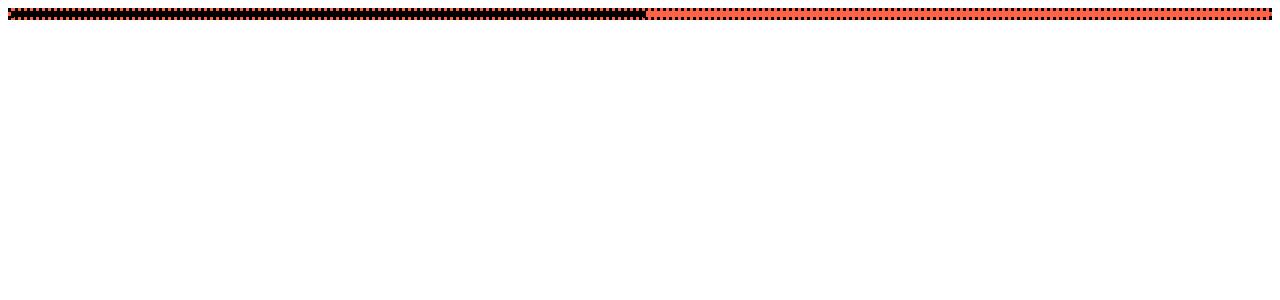
Repository: riteshdeepikaparthmisha/dummy-page
Page: index.html
These files come from the project's save history. The page is drawn as it stood at one moment and after a run of saves; the edit follows.
The browser window is 1280 px wide. The pictures show the whole page.

Above is the page before, as saved 2019-05-31 11:54:15.

### index.html
<html>
    <head>
        <title>Index</title>

        <link rel="stylesheet" href="index.css" />
    </head>
    <body>






        <div class="outerDiv">
            <div class="innerDiv">
            </div>
        </div>


    </body>

</html>

### index.css
.lbl
{
    font-family: Verdana, Geneva, Tahoma, sans-serif;
    font-size: 12px;
    color:bisque;
}
.outerDiv
{
    background-color: tomato;
    width:vmax;
    border-style: dotted;
}
.innerDiv
{
    background-color: black;
    width:50%;
    border-style: dotted;
}

After the next 2 saves:
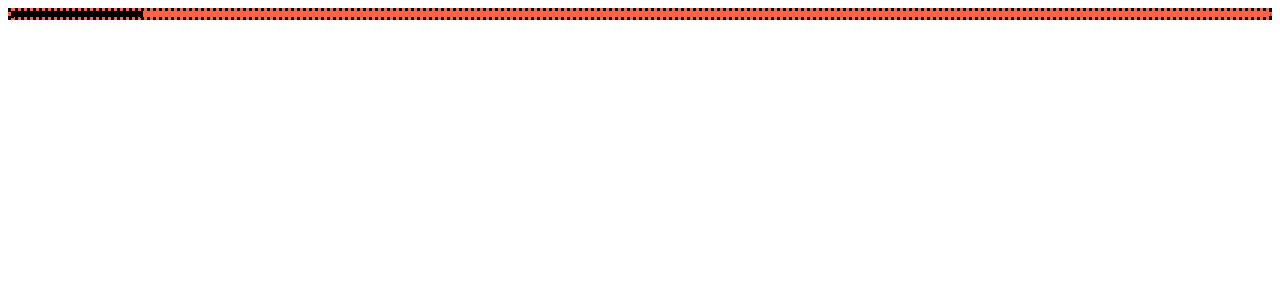
The 2 saves are shown as one change because they came seconds apart.
The last was saved 14 s later.
--- a/index.css
+++ b/index.css
@@ -7,12 +7,12 @@
 .outerDiv
 {
     background-color: tomato;
-    width:vmax;
+    width:vw;
     border-style: dotted;
 }
 .innerDiv
 {
     background-color: black;
-    width:50%;
+    width:10%;
     border-style: dotted;
 }
